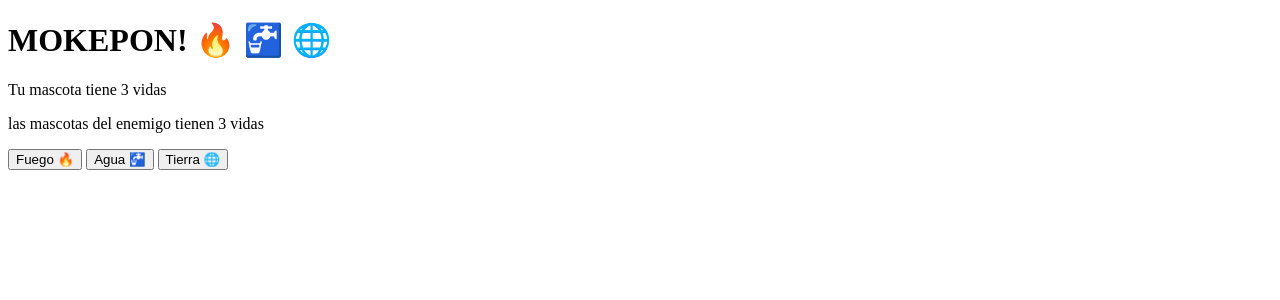
Repository: elto82/juegoMokepon
Page: mokepon/mokepon.html
These files come from the project's save history. The page is drawn as it stood at one moment and after the next save; the edit follows.
The browser window is 1280 px wide. The pictures show the whole page.

Above is the page before, as saved 2022-07-22 20:05:06.

After the next save:
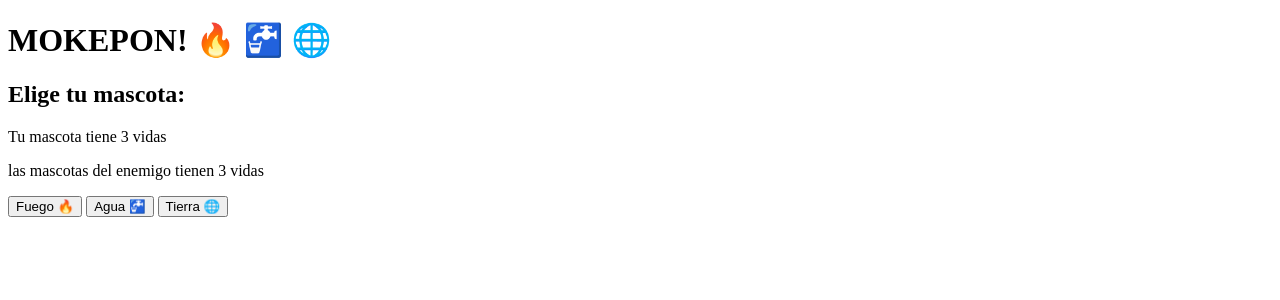
Saved 117 s later.
--- a/mokepon/mokepon.html
+++ b/mokepon/mokepon.html
@@ -10,7 +10,7 @@
   <h1>MOKEPON! 🔥 🚰 🌐</h1>
 
   <section id="seleccionar-mascota">
-
+    <h2>Elige tu mascota:</h2>
   </section>
 
   <section id="seleccionar-ataque">
